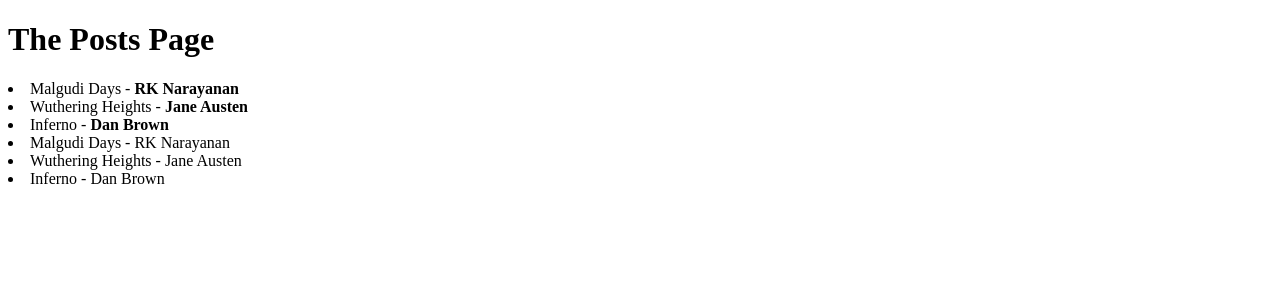
Repository: amulyakamshetty/WebDevelopment
Page: http://localhost/posts
The author's editor kept a record of every edit. The page is drawn from the files as they stood at one moment, then again after the next edit.
The browser window is 1280 px wide. The pictures show the whole page.
The page is served by the project's Node server (MoreExpress/EJSDemo/app.js).

Above is the page before.

After the next edit:
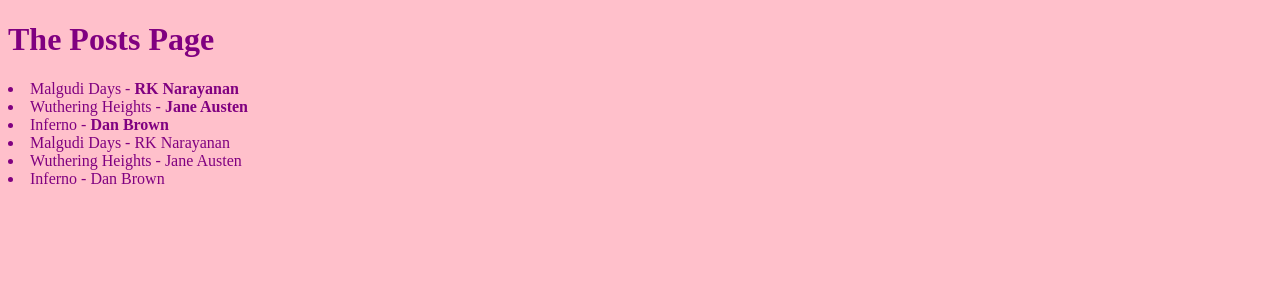
The edit:
--- a/webdev/workspace/MoreExpress/EJSDemo/views/posts.ejs
+++ b/webdev/workspace/MoreExpress/EJSDemo/views/posts.ejs
@@ -2,6 +2,7 @@
 <html>
     <head>
         <title> Demo App </title>
+        <link rel="stylesheet" href="app.css">
     </head>
     <body>
 
